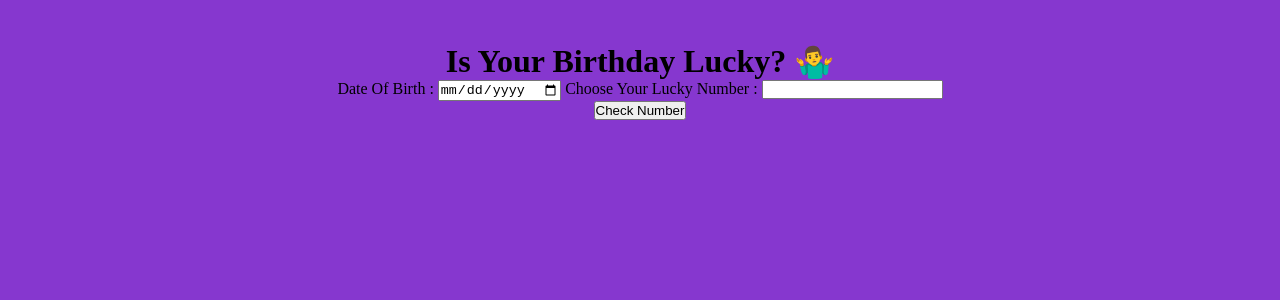
Repository: patelamancode/Lucky-Birthday-App
Page: index.html
The author's editor kept a copy of each file at every save. The page is drawn from the files as they stood at one save, then again after the next save.
The browser window is 1280 px wide. The pictures show the whole page.

Above is the page before, as saved 2022-11-21 16:54:52.

After the next save:
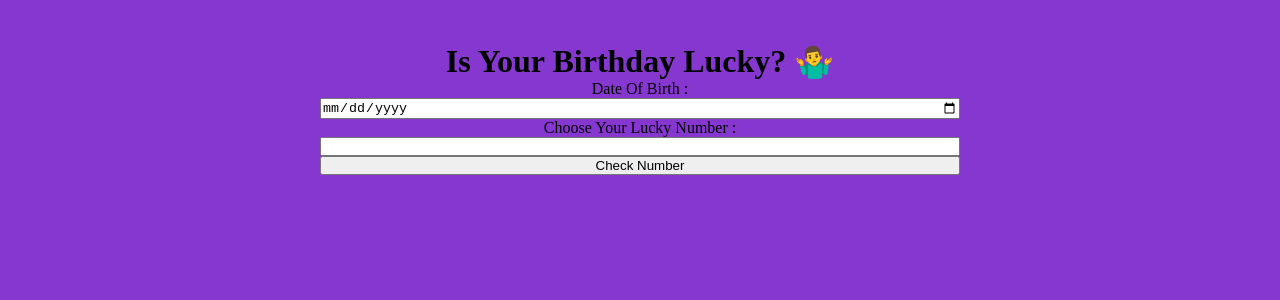
Saved 26 s later.
--- a/index.html
+++ b/index.html
@@ -10,13 +10,11 @@
 <body>
     <div id="main-container">
         <h1 class="app-title">Is Your Birthday Lucky? 🤷‍♂️</h1>
-        <div class="content">
         <label for="date-of-birth" class="dob">Date Of Birth :</label>
         <input type="date" class="selected-dob">
         <label for="lucky-number" class="favourite-number">Choose Your Lucky Number :</label>
         <input type="number" class="user-number">
         <button id="check-btn">Check Number</button>
-        </div>
     </div>
 
 </body>
